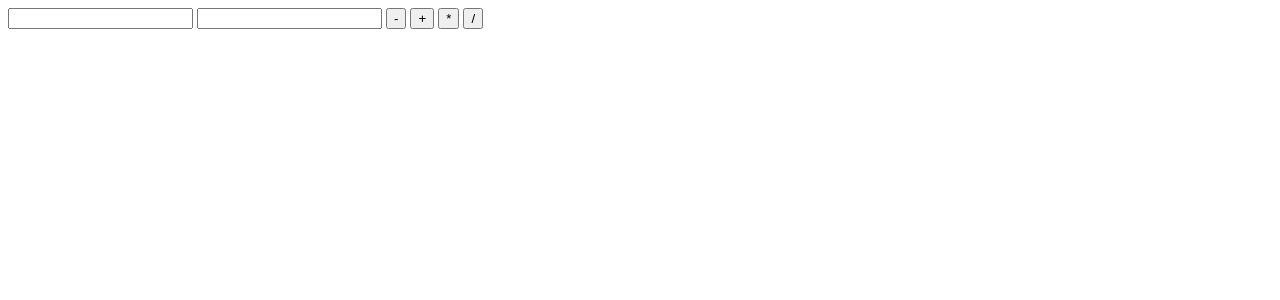
Repository: RyuuMasato/WebDev-Calc
Page: DynamicExample/war/testpage.html
These files come from the project's save history. The page is drawn as it stood at one moment and after the next save; the edit follows.
The browser window is 1280 px wide. The pictures show the whole page.

Above is the page before, as saved 2015-04-16 10:18:27.

### DynamicExample/war/testpage.html
<!DOCTYPE html PUBLIC "-//W3C//DTD XHTML 1.0 Strict//EN"
"http://www.w3.org/TR/xhtml1/DTD/xhtml1-strict.dtd">
<html xmlns="http://www.w3.org/1999/xhtml">
<head>
<meta http-equiv="content-type" content="text/html; charset=iso-8859-1" />
<title>Dynamic Example</title>
</head>
<body>
	<form action="DynamicServlet.do" method="get">
		<div>
			<input type="text" name="number1" />
			<input type="text" name="number1" />
			<input type="submit" value="-" />
			<input type="submit" value="+" />
			<input type="submit" value="*" />
			<input type="submit" value="/" />
		</div>
	</form>
</body>
</html>

After the next save:
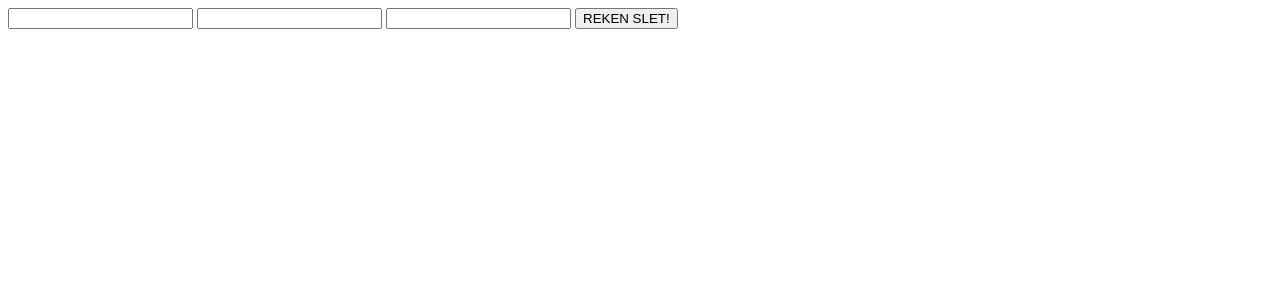
Saved 2 min 8 s later.
--- a/DynamicExample/war/testpage.html
+++ b/DynamicExample/war/testpage.html
@@ -9,11 +9,9 @@
 	<form action="DynamicServlet.do" method="get">
 		<div>
 			<input type="text" name="number1" />
-			<input type="text" name="number1" />
-			<input type="submit" value="-" />
-			<input type="submit" value="+" />
-			<input type="submit" value="*" />
-			<input type="submit" value="/" />
+			<input type="text" name="char" />
+			<input type="text" name="number2" />
+			<input type="submit" value="REKEN SLET!" />
 		</div>
 	</form>
 </body>

After the 2 saves that followed:
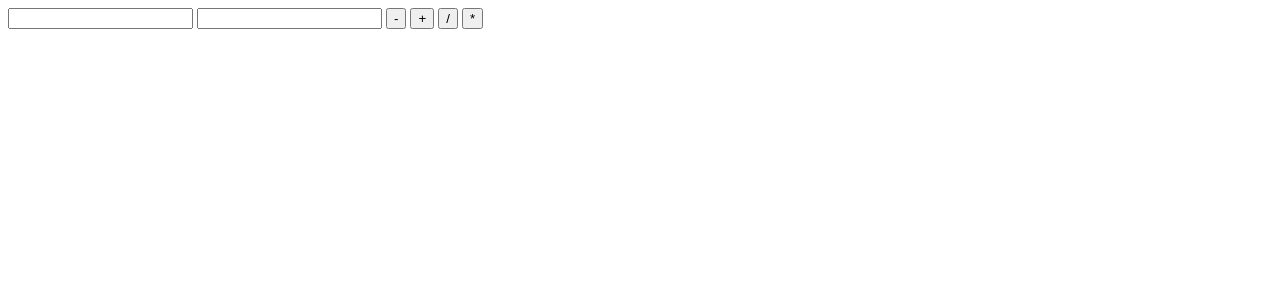
The 2 saves are shown as one change because 1 left the picture as it was.
The last was saved 5 min 13 s later.
--- a/DynamicExample/war/testpage.html
+++ b/DynamicExample/war/testpage.html
@@ -9,9 +9,11 @@
 	<form action="DynamicServlet.do" method="get">
 		<div>
 			<input type="text" name="number1" />
-			<input type="text" name="char" />
 			<input type="text" name="number2" />
-			<input type="submit" value="REKEN SLET!" />
+			<input type="submit" value="-" type="button"/>
+			<input type="submit" value="+" type="button"/>
+			<input type="submit" value="/" type="button"/>
+			<input type="submit" value="*" type="button"/>
 		</div>
 	</form>
 </body>
